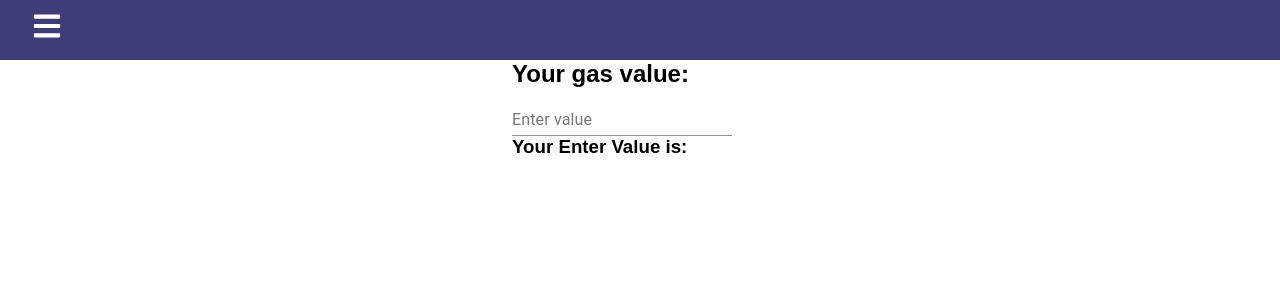
Repository: dcutalo/GasPal
Page: / (app in client/)
An editor plug-in stored every save of this project. The page is shown before and after the next save, followed by the edit.
The browser window is 1280 px wide. The pictures show the whole page.
Some web fonts or font styles are not loaded; a fallback is used. The project was rebuilt for these pictures with package versions that can differ from the ones it lists, and the page was loaded fresh each time. Also part of the build but not shown: client/src/pages/triphistory.js, client/src/pages/gasefficiencyreports.js, client/src/pages/userprofile.js.

Above is the page before, as saved 2021-10-05 21:33:49.

After the next save:
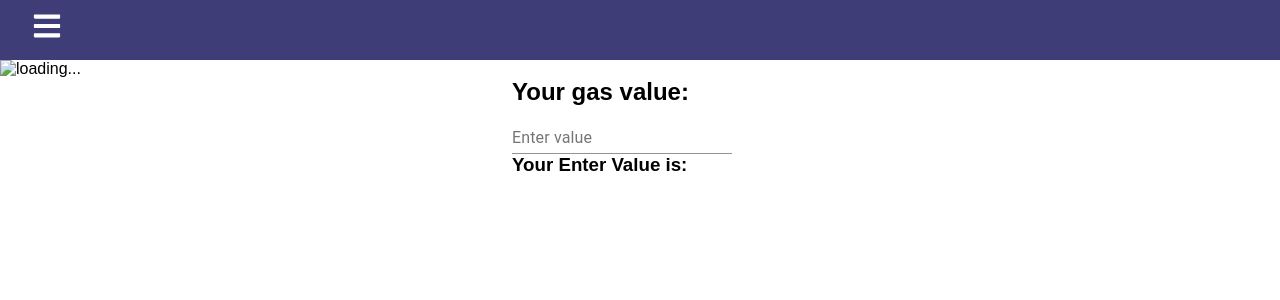
Saved 2 min 48 s later.
--- a/client/src/pages/home.js
+++ b/client/src/pages/home.js
@@ -1,26 +1,27 @@
 
 import React, { useState } from "react";
 import TextField from "@material-ui/core/TextField";
+import gif from 'D:\csp\完成\New folder'
+
 
 const Home = () => {
   const [name, setName] = useState("");
 
   return (
-    <div
-      style={{
-        marginLeft: "40%",
-      }}
-    >
-      <h2>Your gas value:</h2>
-      <TextField
-        value={name}
-        label="Enter value"
-        onChange={(e) => {
-          setName(e.target.value);
-        }}
-      />
-      <h3>Your Enter Value is: {name} </h3>
-    </div>
+    <><img src={gif} alt="loading..." /><div
+          style={{
+              marginLeft: "40%",
+          }}
+      >
+          <h2>Your gas value:</h2>
+          <TextField
+              value={name}
+              label="Enter value"
+              onChange={(e) => {
+                  setName(e.target.value);
+              } } />
+          <h3>Your Enter Value is: {name} </h3>
+      </div></>
   );
 };
 
